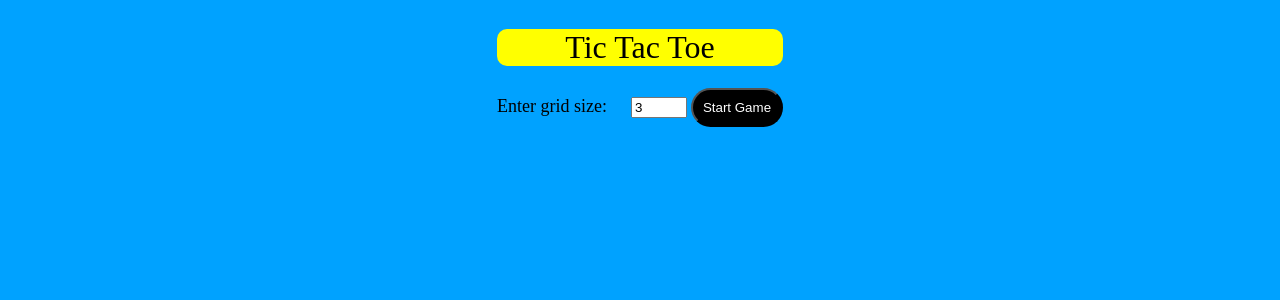
Repository: Shamraiz761/tik_tak_toe_game
Page: index.html
The author's editor kept a copy of each file at every save. The page is drawn from the files as they stood at one save, then again after a run of saves.
The browser window is 1280 px wide. The pictures show the whole page.

Above is the page before, as saved 2024-01-09 11:53:41.

### index.html
<!DOCTYPE html>
<html>
  <head>
    <title>Tic Tac Toe</title>
    <link rel="stylesheet" type="text/css" href="styles.css" />
  </head>
  <body>
    <div>
      <h1 class="header">Tic Tac Toe</h1>
      <label class="inputLabel" for="sizeInput">Enter grid size:</label>
      <input type="number" id="sizeInput" min="3" max="10" value="3" />
      <button class="btn" onclick="startGame()">Start Game</button>
<div style="display: flex;justify-content: center;">
      <div id="board" style="margin-top: 20px; "></div>
      </div>


      <div id="status" style="margin-top: 20px; text-align: center;"></div>

    </div>
    <script src="tik_tak.js"></script>
  </body>
</html>

### styles.css
body{
    display: flex;
    justify-content: center;
    align-items: center;

    background-color: rgb(0, 162, 255);
}
.header{
    text-align: center;
    background-color: yellow;
    border-radius: 10px;
    font-weight: 500;
}
.cell {
    width: 50px;
    height: 50px;
    border: 2px solid #000;
    display: inline-block;
    text-align: center;
    line-height: 50px;
    font-size: 20px;
    margin-left: 3px;
  }

  .btn{
    background-color: black;
    color: white;
    padding: 10px;
    border-radius: 20px;
  }

  .inputLabel{
    font-size: large;
    margin-right: 20px;
  }

### tik_tak.js
let currentPlayer = 'X';
let boardSize = 3;
let board = [];

function startGame() {
  boardSize = parseInt(document.getElementById("sizeInput").value);
  createBoard();
}

function createBoard() {
  board = [];
  let html = '';
  for (let i = 0; i < boardSize; i++) {
    board.push(Array(boardSize).fill(''));
    for (let j = 0; j < boardSize; j++) {
      html += `<div class="cell" data-row="${i}" data-col="${j}" onclick="cellClick(${i}, ${j})"></div>`;
    }
    html += '<br>';
  }
  document.getElementById("board").innerHTML = html;
  document.getElementById("status").innerHTML = `Player ${currentPlayer}'s turn`;
}

function cellClick(row, col) {
  if (board[row][col] === '') {
    board[row][col] = currentPlayer;
    document.querySelector(`[data-row="${row}"][data-col="${col}"]`).innerText = currentPlayer;

    if (checkWin(row, col)) {
      document.getElementById("status").innerText = `Player ${currentPlayer} wins!`;
    } else if (checkDraw()) {
      document.getElementById("status").innerText = 'It\'s a draw!';
    } else {
      currentPlayer = currentPlayer === 'X' ? 'O' : 'X';
      document.getElementById("status").innerText = `Player ${currentPlayer}'s turn`;
    }
  }
}

function checkWin(row, col) {
  const symbols = ['X', 'O'];
  for (let s of symbols) {
    let win = true;

    for (let i = 0; i < boardSize; i++) {
      if (board[row][i] !== s) {
        win = false;
        break;
      }
    }
    if (win) return true;


    win = true;
    for (let i = 0; i < boardSize; i++) {
      if (board[i][col] !== s) {
        win = false;
        break;
      }
    }
    if (win) return true;


    win = true;
    for (let i = 0; i < boardSize; i++) {
      if (board[i][i] !== s) {
        win = false;
        break;
      }
    }
    if (win) return true;


    win = true;
    for (let i = 0; i < boardSize; i++) {
      if (board[i][boardSize - 1 - i] !== s) {
        win = false;
        break;
      }
    }
    if (win) return true;
  }
  return false;
}

function checkDraw() {
  for (let i = 0; i < boardSize; i++) {
    for (let j = 0; j < boardSize; j++) {
      if (board[i][j] === '') {
        return false;
      }
    }
  }
  return true;
}

After the next 4 saves:
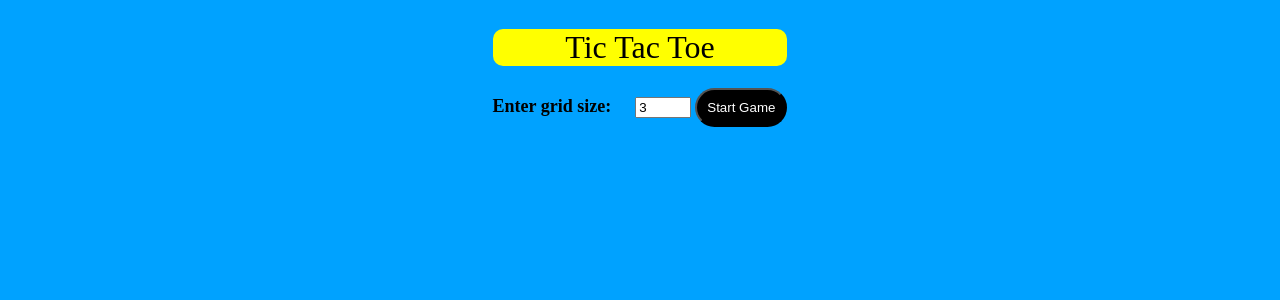
The 4 saves are shown as one change because they came seconds apart.
The last was saved 18 s later.
--- a/styles.css
+++ b/styles.css
@@ -32,4 +32,5 @@ body{
   .inputLabel{
     font-size: large;
     margin-right: 20px;
+    font-weight: 600;
   }
